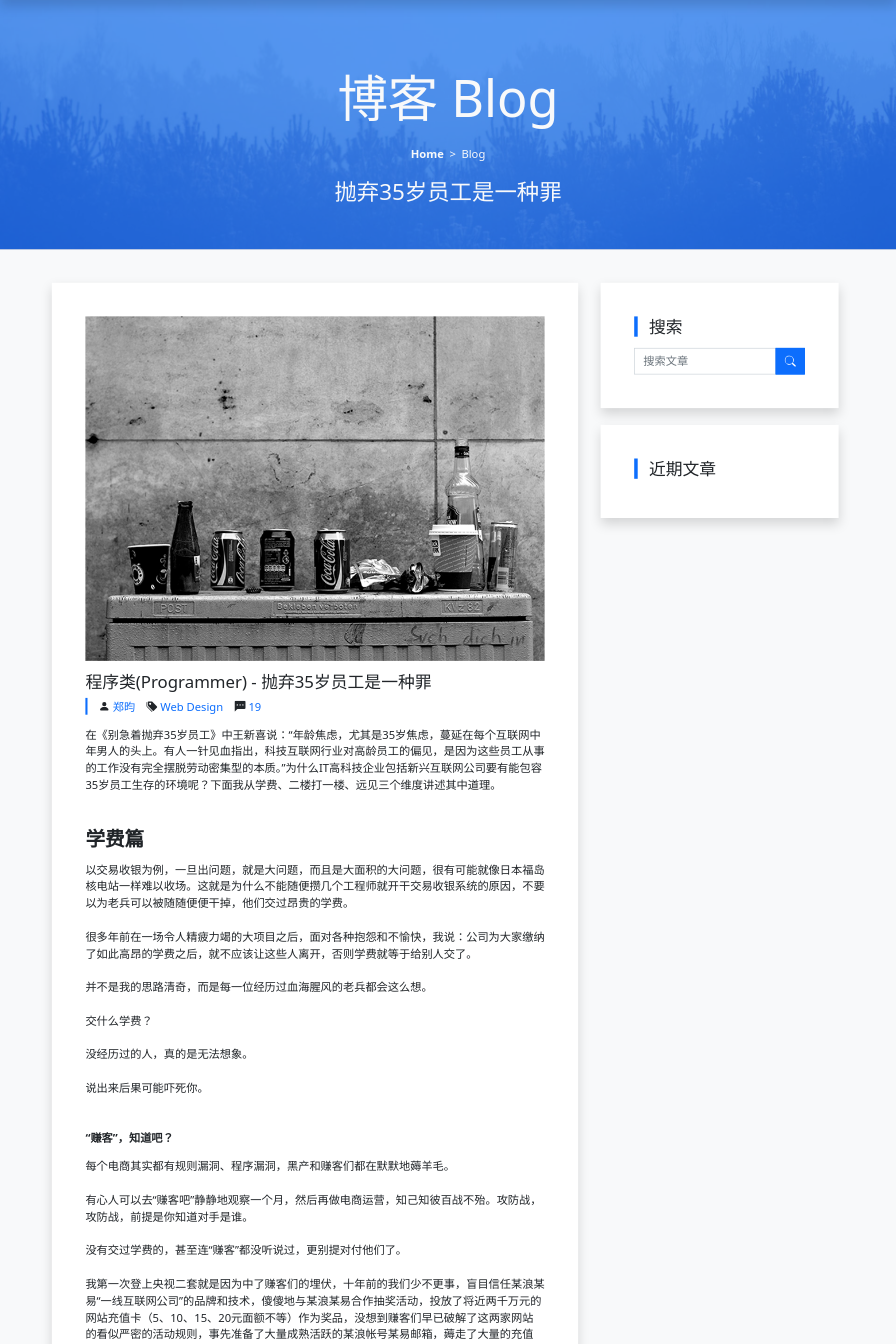
Repository: herjuandlonely/github.io
Page: index-blog.html
The author's editor kept a copy of each file at every save. The page is drawn from the files as they stood at one save, then again after the next save.
The browser window is 1280 px wide. The pictures show the part of the page from y = 0 to 1920 px (the page is 3872 px tall), at 70% of full size.
Backgrounds fixed to the window are drawn as part of the page.

Above is the page before, as saved 2022-07-01 16:04:20.

After the next save:
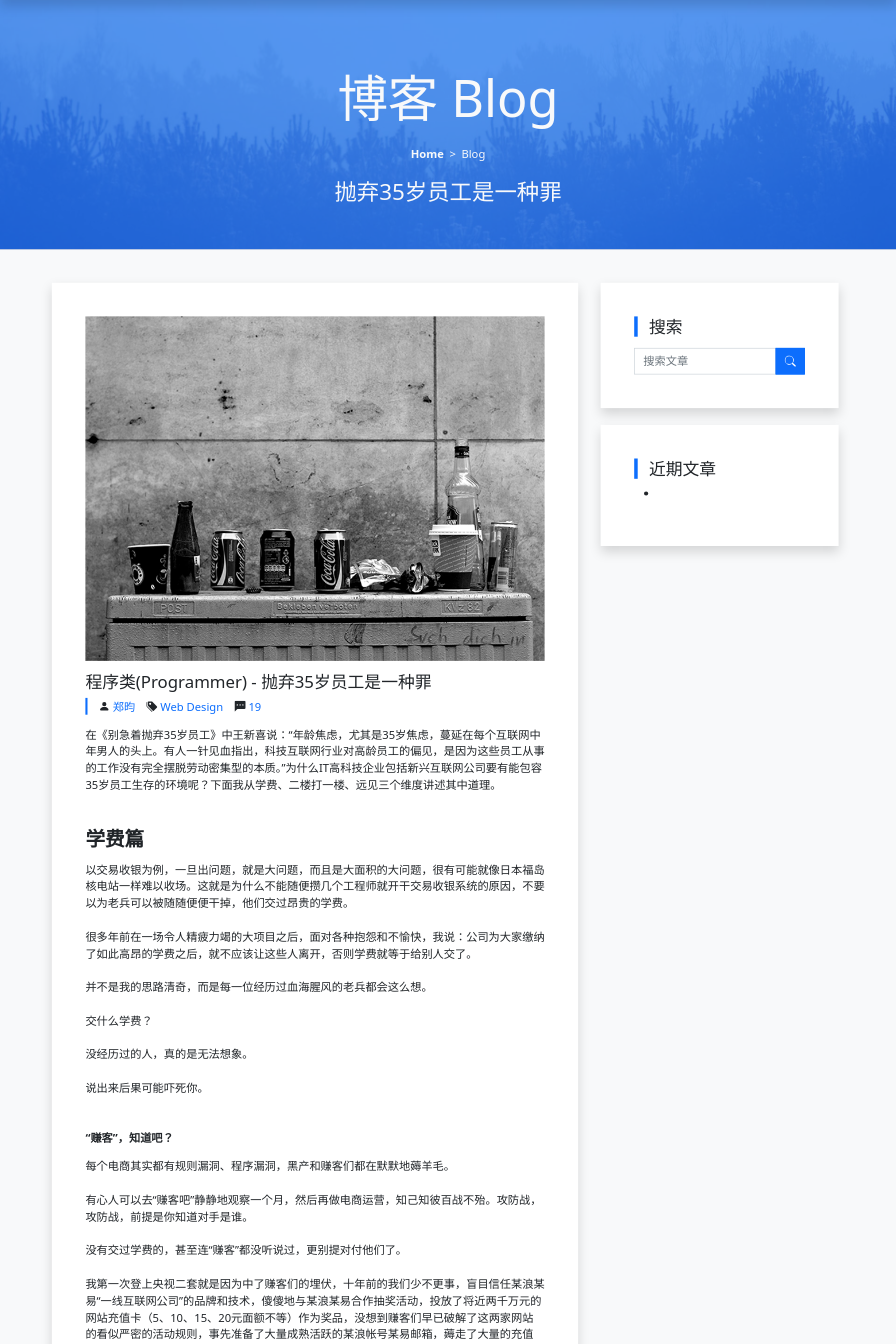
Saved 36 s later.
--- a/index-blog.html
+++ b/index-blog.html
@@ -209,6 +209,11 @@
                     <div class="border-start border-5 border-primary ps-3">
                         <h4>近期文章</h4>
                     </div>
+                    <ul>
+                        <li>
+                            <a href="#"></a>
+                        </li>
+                    </ul>
                 </div>
             </div>
         </div>
